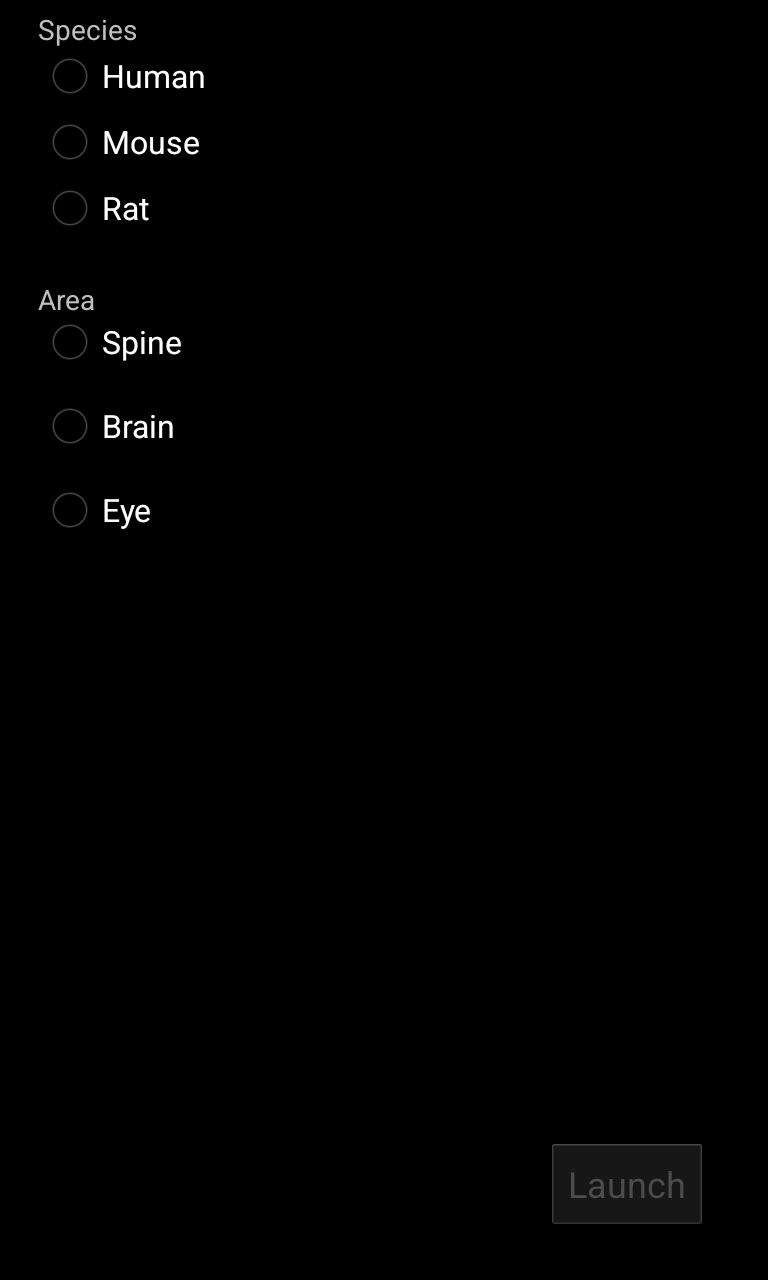
Repository: Ekarg/CSCE315Project3
Layout: Project3/res/layout/activity_main.xml
The author's editor kept a copy of each file at every save. The layout is drawn from the files as they stood at one save, then again after the next save.
It is drawn on a 768 x 1280 px phone screen (xhdpi) without system bars, with theme android:Theme.Holo; the app's code is not run.

Above is the layout before, as saved 2013-11-27 20:18:24.

### Project3/res/layout/activity_main.xml
<RelativeLayout xmlns:android="http://schemas.android.com/apk/res/android"
    xmlns:tools="http://schemas.android.com/tools"
    android:layout_width="match_parent"
    android:layout_height="match_parent"
    android:paddingBottom="5dp"
    android:paddingLeft="5dp"
    android:paddingRight="5dp"
    android:paddingTop="5dp"
    tools:context=".MainActivity" >

    <Button
        android:id="@+id/button1"
        android:layout_width="wrap_content"
        android:layout_height="wrap_content"
        android:layout_alignParentBottom="true"
        android:layout_alignParentRight="true"
        android:layout_marginBottom="19dp"
        android:layout_marginRight="24dp"
        android:enabled = "false"
		android:onClick="launch"
        android:text="@string/Button" />

    <TextView
        android:id="@+id/textView1"
        android:layout_width="wrap_content"
        android:layout_height="wrap_content"
        android:layout_marginLeft="14dp"
        android:layout_alignParentTop="true"
        android:text="@string/species" />

   <RadioGroup
        android:id="@+id/radioGroup1"
        android:layout_width="fill_parent"
        android:layout_height="wrap_content"
        android:layout_alignParentTop="true"
        android:layout_centerHorizontal="true"
        android:orientation="vertical" >

        <RadioButton
            android:id="@+id/radioButton1"
            android:layout_width="wrap_content"
            android:layout_height="wrap_content"
            android:layout_marginLeft="14dp"
            android:checked = "false"
            android:layout_marginTop="17dp"
            android:text="@string/human"
            android:onClick="onRadioButtonClicked"/>

        <RadioButton
            android:id="@+id/radioButton2"
            android:layout_width="wrap_content"
            android:layout_height="wrap_content"
            android:layout_marginLeft="14dp"
            android:checked = "false"
            android:layout_marginTop="1dp"
            android:text="@string/mouse"
            android:onClick="onRadioButtonClicked"/>

        <RadioButton
            android:id="@+id/radioButton3"
            android:layout_width="wrap_content"
            android:layout_height="wrap_content"
            android:layout_marginLeft="14dp"
            android:checked = "false"
            android:layout_marginTop="1dp"
            android:text="@string/rat"
            android:onClick="onRadioButtonClicked"/>
    </RadioGroup>

    <TextView
        android:id="@+id/textView2"
        android:layout_width="wrap_content"
        android:layout_height="wrap_content"
        android:layout_alignLeft="@+id/textView1"
        android:layout_below="@+id/radioGroup1"
        android:layout_marginTop="20dp"
        android:text="@string/area"
        android:onClick="onRadioButtonClicked" />

     <RadioGroup
        android:id="@+id/radioGroup2"
        android:layout_width="fill_parent"
        android:layout_height="wrap_content"
        android:layout_alignParentTop="true"
        android:layout_centerHorizontal="true"
        android:orientation="vertical" >

	    <RadioButton
	        android:id="@+id/radioButton4"
	        android:layout_width="wrap_content"
            android:layout_height="wrap_content"
            android:layout_marginLeft="14dp"
            android:checked = "false"
            android:layout_marginTop="150dp"
	        android:onClick="onRadioButtonClicked"
	        android:text="@string/spine" />

	    <RadioButton
	        android:id="@+id/radioButton5"
	        android:layout_width="wrap_content"
	        android:layout_height="wrap_content"
	        android:layout_marginLeft="14dp"
	        android:layout_marginTop="10dp"
	        android:checked="false"
	        android:onClick="onRadioButtonClicked"
	        android:text="@string/brain" />

	     <RadioButton
         android:id="@+id/radioButton6"
         android:layout_width="wrap_content"
         android:layout_height="wrap_content"
         android:checked = "false"
         android:layout_marginLeft="14dp"
          android:layout_marginTop="10dp"
         android:text="@string/eye"
         android:onClick="onRadioButtonClicked" />
	</RadioGroup>



</RelativeLayout>

### Project3/res/values/strings.xml
<?xml version="1.0" encoding="utf-8"?>
<resources>

    <string name="app_name">Show Me the.... Neuron!</string>
    <string name="action_settings">Settings</string>
    <string name="hello_world">Hello world!</string>
    <string name="Button">Launch</string>
    <string name="title_activity_second">Neuron Display</string>
    <string name="species">Species</string>
    <string name="human">Human</string>
    <string name="mouse">Mouse</string>
    <string name="rat">Rat</string>
    <string name="area">Area</string>
    <string name="eye">Eye</string>
    <string name="brain">Brain</string>
    <string name="spine">Spine</string>


</resources>

After the next save:
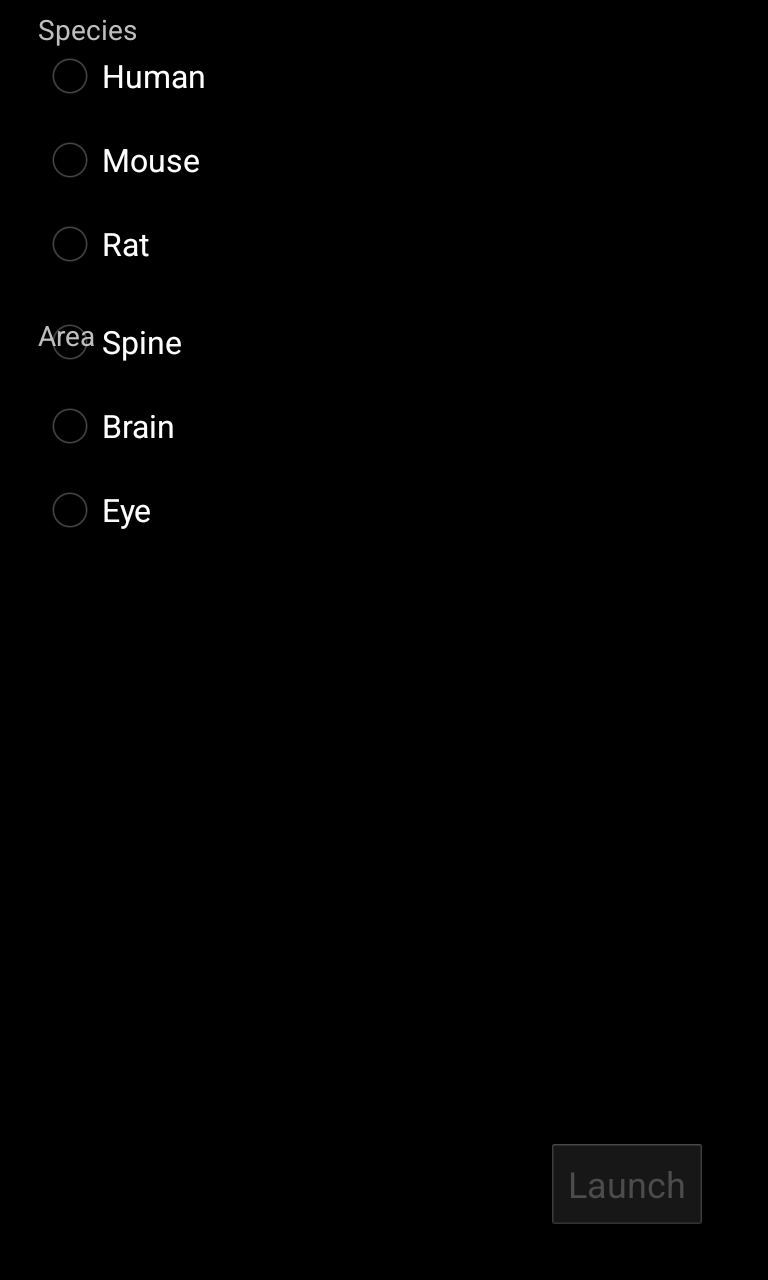
Saved 16 s later.
--- a/Project3/res/layout/activity_main.xml
+++ b/Project3/res/layout/activity_main.xml
@@ -52,7 +52,7 @@
             android:layout_height="wrap_content"
             android:layout_marginLeft="14dp"
             android:checked = "false"
-            android:layout_marginTop="1dp"
+            android:layout_marginTop="10dp"
             android:text="@string/mouse"
             android:onClick="onRadioButtonClicked"/>
 
@@ -62,7 +62,7 @@
             android:layout_height="wrap_content"
             android:layout_marginLeft="14dp"
             android:checked = "false"
-            android:layout_marginTop="1dp"
+            android:layout_marginTop="10dp"
             android:text="@string/rat"
             android:onClick="onRadioButtonClicked"/>
     </RadioGroup>
